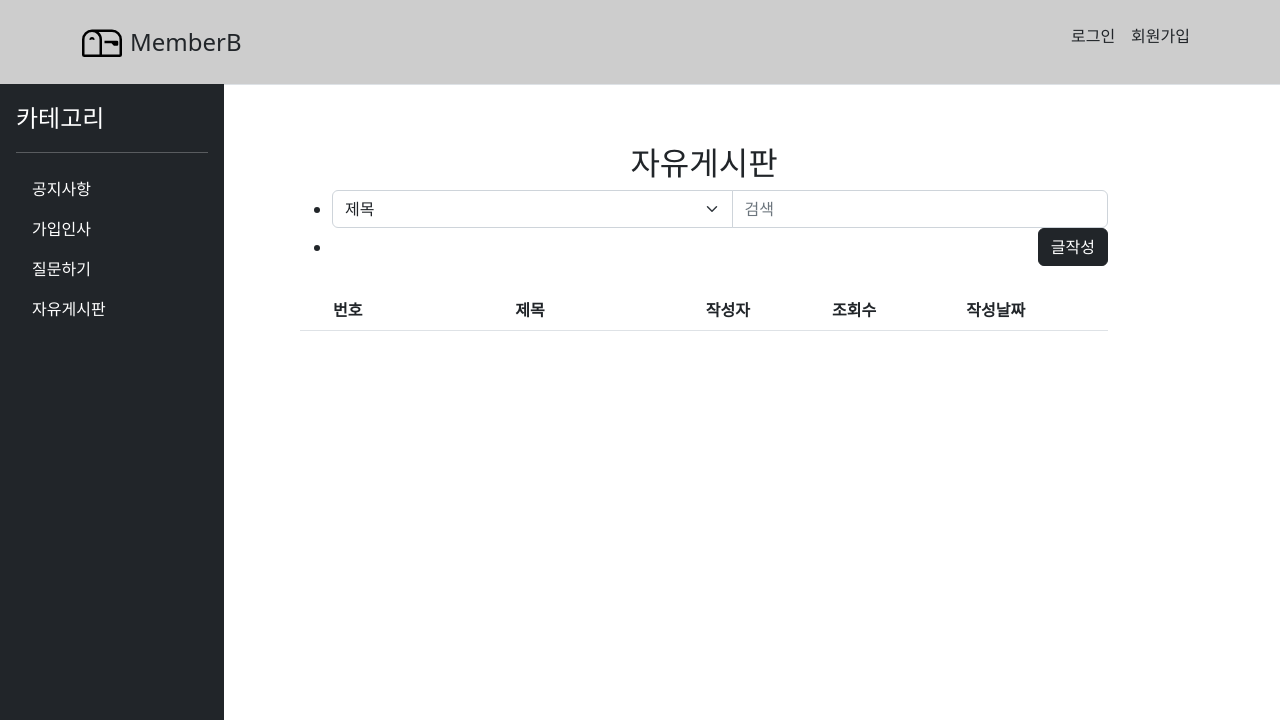
Repository: charmErin/board_220915
Page: http://localhost/board/WEB-INF/views/board/list.jsp
These files come from the project's save history. The page is drawn as it stood at one moment and after the next save; the edit follows.
The browser window is 1280 px wide. The pictures show the whole page.
The page is served by Tomcat 9. Nobody is signed in. The template is opened directly, without the code that normally fills it, so the values that code supplies are empty.

Above is the page before, as saved 2022-09-16 08:37:48.

After the next save:
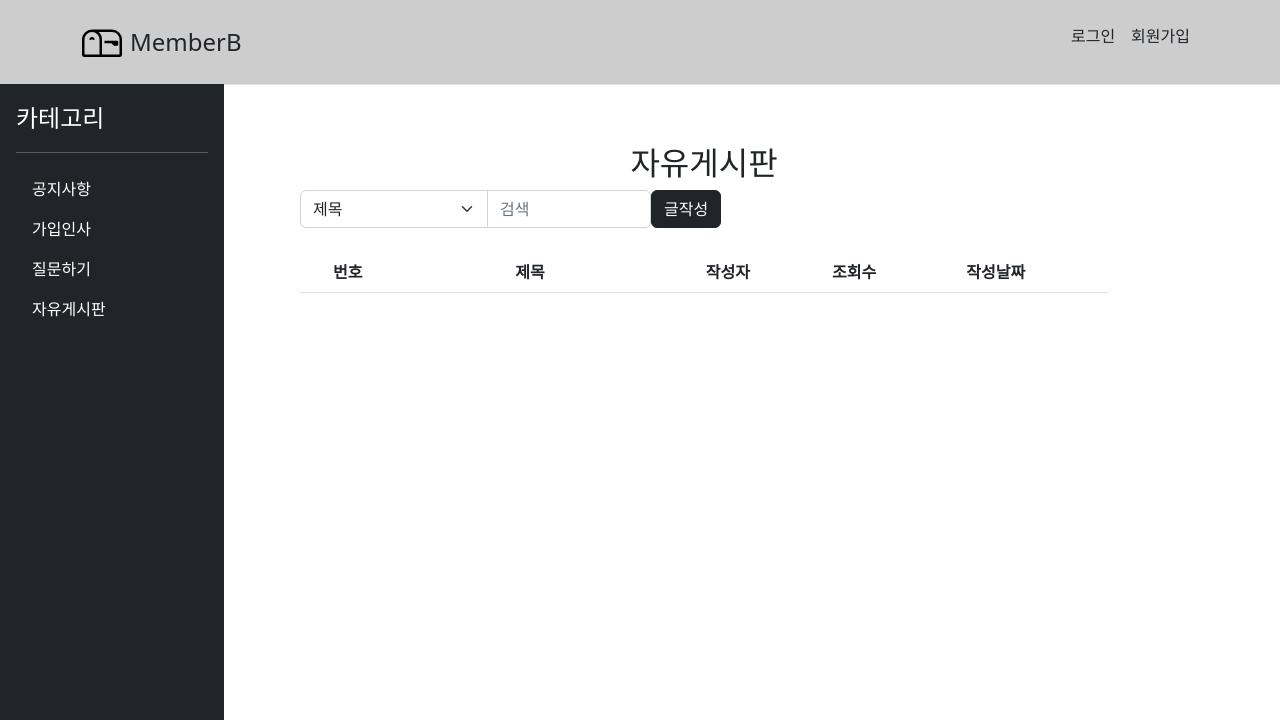
Saved 12 s later.
--- a/board/src/main/webapp/WEB-INF/views/board/list.jsp
+++ b/board/src/main/webapp/WEB-INF/views/board/list.jsp
@@ -58,7 +58,7 @@
 		</c:choose>
 
 
-		<ul>
+		<ul class="nav">
 			<li>
 			<form class="col-md-auto" action="/board/search" method="get">
 				<div class="input-group">
